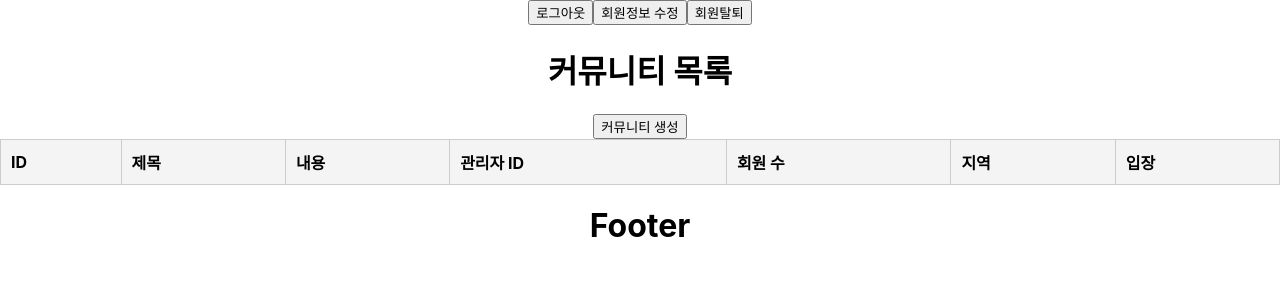
Repository: gimm5550/frontend2
Page: /mainlist
An editor plug-in stored every save of this project. The page is shown before and after the next save, followed by the edit.
The browser window is 1280 px wide. The pictures show the whole page.
The page's requests for data from a server got no answer. The project was rebuilt for these pictures with package versions that can differ from the ones it lists, and the page was loaded fresh each time. No one was signed in, and anything a server would have sent is missing. Also part of the build but not shown: src/url.js, src/components/common/KakaoLoginButton.js, src/components/FromServer.js, src/components/UserDetail.js, src/components/layout/LandingPageLayout.js, src/components/layout/UserDetailLayout.js, src/components/LoginForm.js, src/components/layout/LoginFormLayout.js and 12 more.

Above is the page before, as saved 2024-11-15 20:59:23.

### public/index.html
<!DOCTYPE html>
<html lang="en">
  <head>
    <meta charset="utf-8" />
    <link rel="icon" href="%PUBLIC_URL%/favicon.ico" />
    <meta name="viewport" content="width=device-width, initial-scale=1" />
    <meta name="theme-color" content="#000000" />
    <meta
      name="description"
      content="Web site created using create-react-app"
    />
    <link rel="apple-touch-icon" href="%PUBLIC_URL%/logo192.png" />
    <!--
      manifest.json provides metadata used when your web app is installed on a
      user's mobile device or desktop. See https://developers.google.com/web/fundamentals/web-app-manifest/
    -->
    <link rel="manifest" href="%PUBLIC_URL%/manifest.json" />
    <!--
      Notice the use of %PUBLIC_URL% in the tags above.
      It will be replaced with the URL of the `public` folder during the build.
      Only files inside the `public` folder can be referenced from the HTML.

      Unlike "/favicon.ico" or "favicon.ico", "%PUBLIC_URL%/favicon.ico" will
      work correctly both with client-side routing and a non-root public URL.
      Learn how to configure a non-root public URL by running `npm run build`.
    -->
    <title>React App</title>
    <script src="https://developers.kakao.com/sdk/js/kakao.min.js"></script> <!-- 카카오 SDK 추가 -->
  </head>
  <body>
    <noscript>You need to enable JavaScript to run this app.</noscript>
    <div id="root"></div>
    <!--
      This HTML file is a template.
      If you open it directly in the browser, you will see an empty page.

      You can add webfonts, meta tags, or analytics to this file.
      The build step will place the bundled scripts into the <body> tag.

      To begin the development, run `npm start` or `yarn start`.
      To create a production bundle, use `npm run build` or `yarn build`.
    -->
  </body>
</html>

### src/index.js
import React from 'react';
import ReactDOM from 'react-dom/client';
import './index.css';
import App from './App';
import reportWebVitals from './reportWebVitals';
import { BrowserRouter } from 'react-router-dom';
// 카카오 SDK 초기화
if (window.Kakao) {
  window.Kakao.init("629a046bf0fa611328bd69bc1571aa3a"); // 카카오 JavaScript 키로 SDK 초기화
  console.log("Kakao SDK initialized:", window.Kakao.isInitialized());
}
const root = ReactDOM.createRoot(document.getElementById('root'));
root.render(
  <React.StrictMode>
    <BrowserRouter>
      <App />
    </BrowserRouter>
  </React.StrictMode>
);

// If you want to start measuring performance in your app, pass a function
// to log results (for example: reportWebVitals(console.log))
// or send to an analytics endpoint. Learn more: https://bit.ly/CRA-vitals
reportWebVitals();

### src/App.js
import React from 'react';
import './App.css';
import FromServer from './components/FromServer';
import { Route, Routes } from 'react-router-dom';
import UserDetail from './components/UserDetail';
import LandingPageLayout from './components/layout/LandingPageLayout';
import UserDetailLayout from './components/layout/UserDetailLayout';
import routes from './routes';
import { AuthProvider } from './AuthContext'; // AuthProvider import

function App() {
  const getRoutes = (allRoutes) =>
    allRoutes.map((route) => {
      if (route.route) {
        return (
          <Route
            exact
            path={route.route}
            element={route.component}
            key={route.key}
          />
        );
      }
      return null;
    });

  return (
    <div className="App">
      <AuthProvider> {/* AuthProvider로 전체 애플리케이션 감싸기 */}
        <Routes>
          {getRoutes(routes)}
          <Route path='*' element={<LandingPageLayout />} />
        </Routes>
      </AuthProvider>
    </div>
  );
}

export default App;

### src/routes.js
import LoginFormLayout from "./components/layout/LoginFormLayout";
import UserDetailLayout from "./components/layout/UserDetailLayout";
import RegisterFormLayout from "./components/layout/RegisterFormLayout";
import MainListLayout from "./components/layout/MainListLayout"; // community_detail
import CommunityDetailLauout from "./components/layout/community_detailLayout";
import NewCommunityLayout from "./components/layout/NewCommunityLayout";
import CommunityViewLayout from "./components/layout/CommunityViewLayout"; // AdminClient
import AdminClientLayout from "./components/layout/AdminClientLayout";
import EditFormLayout from "./components/layout/EditFormLayout";
const routes = [
    {
        name:"UserDetail",
        key:"userDetail",
        route:"/user-detail/:userId",
        component:<UserDetailLayout></UserDetailLayout>
    },
    {
        name:"LoginForm",
        key:"loginForm",
        route:"/login",
        component:<LoginFormLayout></LoginFormLayout>
    },
    {
        name:"RegisterForm",
        key:"RegisterForm",
        route:"/register",
        component:<RegisterFormLayout></RegisterFormLayout>
    },
    {
        name:"MainList",
        key:"MainList",
        route:"/mainlist",
        component:<MainListLayout></MainListLayout>
    },
    {
        name:"community_detail",
        key:"community_detail",
        route:"/community_detail",
        component:<CommunityDetailLauout></CommunityDetailLauout>
    },
    {
        name:"new_community",
        key:"new_community",
        route:"/new_community",
        component:<NewCommunityLayout></NewCommunityLayout>
    },
    {
        name:"CommunityView",
        key:"CommunityView",
        route:"/CommunityView",
        component:<CommunityViewLayout></CommunityViewLayout>
    },
    {
        name: "CommunityView",
        key: "communityView",
        route: "/CommunityView/:id", // ID를 URL 매개변수로 받도록 수정
        component: <CommunityViewLayout></CommunityViewLayout>
    },
    {
        name: "AdminClient",
        key: "AdminClient",
        route: "/AdminClient/:id", // ID를 URL 매개변수로 받도록 수정
        component: <AdminClientLayout></AdminClientLayout>
    },
    {
        name: "community_detail",
        key: "community_detail",
        route: '/community_detail/:id', // ID를 URL 매개변수로 받도록 수정
        component: <CommunityDetailLauout></CommunityDetailLauout>
    },
    {
        name: "new_community",
        key: "new_community",
        route: '/new_community/:id', // ID를 URL 매개변수로 받도록 수정 `/CommunityView/${id}/${communityId}`
        component: <NewCommunityLayout></NewCommunityLayout>
    },
    {
        name: "new_community",
        key: "new_community",
        route: '/CommunityView/:id/:communityId',
        component: <CommunityViewLayout></CommunityViewLayout>
    },
    {
        name:"EditForm",
        key:"EditForm",
        route:"/edit_info",
        component:<EditFormLayout></EditFormLayout>
    },
]
export default routes;

### src/AuthContext.js
import React, { createContext, useContext, useState } from 'react';

const AuthContext = createContext();

export const AuthProvider = ({ children }) => {
    const [user, setUser] = useState(null); // 로그인한 사용자 정보를 저장할 상태

    const login = (userData) => {
        setUser(userData); // 로그인 시 사용자 정보 저장
    };

    const logout = () => {
        setUser(null); // 로그아웃 시 사용자 정보 초기화
    };

    return (
        <AuthContext.Provider value={{ user, login, logout }}>
            {children}
        </AuthContext.Provider>
    );
};

// 사용자 정보를 가져오는 커스텀 훅
export const useAuth = () => {
    return useContext(AuthContext);
};

### src/components/layout/CommonLayout.js
import Footer from "../common/Footer";
import Header from "../common/Header";
export default function CommonLayout({children}){
    return <div>
            <Header></Header>
            {children}
            <Footer></Footer>
        </div>

}

### src/components/layout/MainListLayout.js
import MainList from "../MainList";
import CommonLayout from "./CommonLayout";
export default function MainListLayout(){
    return<div>
            <CommonLayout>
                <MainList></MainList>
            </CommonLayout>
        </div>

}

### src/components/common/Footer.js
export default function Footer(){
    return<div>
            <h1>Footer</h1>
        </div>
}

### src/components/common/Header.js
import { useNavigate } from 'react-router-dom';
import React, { useEffect, useState } from "react";
import api from '../../api';
export default function Header() {
    const [user, setUser] = useState(null); // 사용자 정보 상태
    const navigate = useNavigate();
    const handleLogout = () => {
        console.log('로그아웃 처리');
        localStorage.removeItem('user'); // 로컬 스토리지에서 사용자 정보 삭제
        navigate('/login');
    };
    useEffect(() => {
        const userData = JSON.parse(localStorage.getItem('user')); // 로컬 스토리지에서 사용자 정보 가져오기
        setUser(userData);
    }, []);

    const handleEditProfile = () => {
        console.log('회원정보 수정 페이지로 이동');
        navigate('/edit_info');
        // 회원정보 수정 로직 추가
        //api.edit_info(user.id);
    };

    const handleDelete = () => {
        if (window.confirm('정말로 회원탈퇴를 하시겠습니까?')) {
            console.log('회원탈퇴 진행 중...');

            api.deleteUser(user.id) // user의 id만 전달
                .then(response => {
                    console.log('회원탈퇴 성공:', response.data);
                    alert('회원탈퇴가 완료되었습니다.');
                    localStorage.removeItem('user'); // 로컬 스토리지에서 사용자 정보 삭제
                    navigate('/login'); // 로그인 페이지로 이동
                })
                .catch(error => {
                    console.error('회원탈퇴 실패:', error);
                    alert('회원탈퇴 처리 중 오류가 발생했습니다.');
                });
        }
    };


    return (
        <div>
            {user && <p>현재 로그인된 아이디: {user.id}</p>}
            <div>
                <button onClick={handleLogout}>로그아웃</button>
                <button onClick={handleEditProfile}>회원정보 수정</button>
                <button onClick={handleDelete}>회원탈퇴</button>
            </div>
        </div>
    );
}

### src/components/MainList.js
import React, { useEffect, useState } from "react";
import api from '../api'; // api 모듈 import
import { useNavigate } from "react-router-dom";
import '../MainList.css'; // CSS 파일을 불러옵니다.
import Header from './common/Header'; // 수정된 경로

export default function MainList() {
    const [communities, setCommunities] = useState([]);
    const [user, setUser] = useState(null); // 사용자 정보 상태
    const [isPopupOpen, setIsPopupOpen] = useState(false); // 팝업 상태
    const [newCommunity, setNewCommunity] = useState({
        title: '',
        content: '',
        region: ''
    });
    const navigate = useNavigate();

    const fetchCommunities = () => {
        api.list() // 커뮤니티 목록을 가져오는 API 호출
            .then(response => {
                setCommunities(response.data); // 데이터를 상태에 저장
            })
            .catch(err => {
                console.log(JSON.stringify(err));
            });
    };

    useEffect(() => {
        const userData = JSON.parse(localStorage.getItem('user')); // 로컬 스토리지에서 사용자 정보 가져오기
        setUser(userData);
        fetchCommunities(); // 컴포넌트가 마운트될 때 커뮤니티 목록을 가져옵니다.
    }, []);

    const handleLogout = () => {
        console.log('로그아웃 처리');
        localStorage.removeItem('user'); // 로컬 스토리지에서 사용자 정보 삭제
        navigate('/login');
    };

    const handleEditProfile = () => {
        console.log('회원정보 수정 페이지로 이동');
        // 회원정보 수정 로직 추가
    };

    const handleJoinCommunity = async (communityid) => {
        try {
            const response = await api.get_pending_clients2(user.id); // user.id를 보내야함. 해당 사용자의 아이디가 포함되어있는지 확인해야하기 때문..
            navigate(`/community_detail/${communityid}`);
            return; // 여기서 return을 해야 함.
        } catch (err) {
            // 오류 처리
        }
        try {
            // 승인 요청 API 호출
            const response = await api.request_join_community(user.id, communityid); // user.id와 community ID를 보내는 API 호출
            console.log("response:", response);
            alert("승인 요청이 완료되었습니다.");
        } catch (err) {
            alert("승인 요청 중 오류가 발생했습니다.");
        }
    };

    const handleInputChange = (e) => {
        const { name, value } = e.target;
        setNewCommunity(prevState => ({
            ...prevState,
            [name]: value
        }));
    };

    const handleCreateSubmit = async () => {
        try {
            await api.newing(user.id, newCommunity.title, newCommunity.content, newCommunity.region);
            alert("커뮤니티가 생성되었습니다.");
            setIsPopupOpen(false); // 팝업창 닫기
            fetchCommunities(); // 커뮤니티 목록 새로고침
        } catch (err) {
            console.error("커뮤니티 생성 중 오류 발생:", err);
            alert("커뮤니티 생성 중 오류가 발생했습니다.");
        }
    };

    return (
        <div>
            <h1>커뮤니티 목록</h1>
            <button onClick={() => setIsPopupOpen(true)}>커뮤니티 생성</button> {/* 커뮤니티 생성 버튼 */}
            <table>
                <thead>
                    <tr>
                        <th>ID</th>
                        <th>제목</th>
                        <th>내용</th>
                        <th>관리자 ID</th>
                        <th>회원 수</th>
                        <th>지역</th>
                        <th>입장</th>
                    </tr>
                </thead>
                <tbody>
                    {communities.map(community => (
                        <tr key={community.id}>
                            <td>{community.id}</td>
                            <td>{community.title}</td>
                            <td>{community.content}</td>
                            <td>{community.admin_id}</td>
                            <td>{community.member_count}</td>
                            <td>{community.region}</td>
                            <td>
                                <button onClick={() => handleJoinCommunity(community.id)}>입장</button>
                            </td>
                        </tr>
                    ))}
                </tbody>
            </table>

            {/* 팝업창 */}
            {isPopupOpen && (
                <div className="popup-overlay">
                    <div className="popup">
                        <h2>커뮤니티 생성</h2>
                        <label>
                            제목:
                            <input
                                type="text"
                                name="title"
                                value={newCommunity.title}
                                onChange={handleInputChange}
                            />
                        </label>
                        <label>
                            내용:
                            <input
                                type="text"
                                name="content"
                                value={newCommunity.content}
                                onChange={handleInputChange}
                            />
                        </label>
                        <label>
                            지역:
                            <input
                                type="text"
                                name="region"
                                value={newCommunity.region}
                                onChange={handleInputChange}
                            />
                        </label>
                        <button onClick={handleCreateSubmit}>생성</button>
                        <button onClick={() => setIsPopupOpen(false)}>취소</button>
                    </div>
                </div>
            )}
        </div>
    );
}

### src/MainList.css
table {
    width: 100%;
    border-collapse: collapse; /* 경계선 겹치지 않도록 설정 */
}

th, td {
    border: 1px solid #ccc; /* 테두리 색상 */
    padding: 10px; /* 여백 */
    text-align: left; /* 왼쪽 정렬 */
}

th {
    background-color: #f4f4f4; /* 헤더 배경색 */
}

tr:hover {
    background-color: #f1f1f1; /* 마우스 오버 시 배경색 */
}
.popup-overlay {
    position: fixed;
    top: 0;
    left: 0;
    right: 0;
    bottom: 0;
    background: rgba(0, 0, 0, 0.5); /* 반투명 배경 */
    display: flex;
    justify-content: center;
    align-items: center;
    z-index: 1000; /* 다른 요소들 위에 위치하게 */
}

.popup {
    background: white;
    padding: 20px;
    border-radius: 5px;
    box-shadow: 0 2px 10px rgba(0, 0, 0, 0.1);
}

label {
    display: block;
    margin-bottom: 10px;
}

input {
    width: 100%;
    padding: 8px;
    margin-top: 5px;
    box-sizing: border-box; /* padding 포함해서 사이즈 조정 */
}
/* MainList.css */

/* 전체 컨테이너 스타일 */
.community-view {
    max-width: 800px; /* 최대 너비 */
    margin: 20px auto; /* 중앙 정렬 */
    padding: 20px; /* 안쪽 여백 */
    border: 1px solid #e0e0e0; /* 테두리 */
    border-radius: 8px; /* 모서리 둥글게 */
    background-color: #ffffff; /* 배경색 */
    box-shadow: 0 2px 10px rgba(0, 0, 0, 0.1); /* 그림자 */
}

/* 제목 스타일 */
.community-view h1 {
    font-size: 2rem; /* 큰 제목 크기 */
    color: #333; /* 제목 색상 */
    margin-bottom: 15px; /* 아래 여백 */
}

/* 부제목 스타일 */
.community-view h2 {
    font-size: 1.5rem; /* 부제목 크기 */
    color: #555; /* 부제목 색상 */
    margin: 10px 0; /* 위아래 여백 */
}

/* 본문 스타일 */
.community-view p {
    font-size: 1rem; /* 본문 크기 */
    color: #666; /* 본문 색상 */
    line-height: 1.5; /* 줄 간격 */
    margin-bottom: 20px; /* 아래 여백 */
}

/* 댓글 목록 스타일 */
.community-view ul {
    list-style-type: none; /* 기본 목록 스타일 제거 */
    padding: 0; /* 기본 여백 제거 */
}

.community-view li {
    background-color: #f9f9f9; /* 댓글 배경 색상 */
    border: 1px solid #e0e0e0; /* 댓글 테두리 */
    border-radius: 5px; /* 댓글 모서리 둥글게 */
    padding: 10px; /* 댓글 안쪽 여백 */
    margin-bottom: 10px; /* 댓글 사이 여백 */
}

/* 댓글 작성 입력창 스타일 */
.community-view input[type="text"] {
    width: 100%; /* 너비 100% */
    padding: 10px; /* 안쪽 여백 */
    border: 1px solid #ccc; /* 테두리 */
    border-radius: 5px; /* 모서리 둥글게 */
    margin-bottom: 10px; /* 아래 여백 */
}

/* 댓글 추가 버튼 스타일 */
.community-view button {
    padding: 10px 15px; /* 안쪽 여백 */
    background-color: #4CAF50; /* 버튼 배경 색상 */
    color: white; /* 글자 색상 */
    border: none; /* 테두리 없음 */
    border-radius: 5px; /* 모서리 둥글게 */
    cursor: pointer; /* 마우스 커서 */
    transition: background-color 0.3s; /* 배경 색상 변화 효과 */
}

.community-view button:hover {
    background-color: #45a049; /* 호버 시 색상 변화 */
}

/* 오류 메시지 스타일 */
.error-message {
    color: red; /* 오류 메시지 색상 */
    font-weight: bold; /* 굵게 */
    margin-bottom: 15px; /* 아래 여백 */
}

/* MainList.css */

/* 전체 컨테이너 스타일 */
.admin-client-container {
    display: flex;
    justify-content: space-between;
    padding: 20px;
}

/* 각 목록 박스 스타일 */
.client-box {
    flex: 1;
    margin: 0 10px; /* 좌우 여백 */
    border: 1px solid #ccc;
    border-radius: 8px;
    padding: 15px;
    background-color: #f9f9f9; /* 연한 배경색 */
    box-shadow: 0 2px 4px rgba(0, 0, 0, 0.1); /* 그림자 효과 */
}

/* 제목 스타일 */
.client-box h2 {
    text-align: center;
    color: #333; /* 제목 색상 */
}

/* 목록 아이템 스타일 */
.client-item {
    display: flex;
    justify-content: space-between;
    align-items: center;
    padding: 8px 0; /* 위아래 여백 */
    border-bottom: 1px solid #eee; /* 구분선 */
}

/* 마지막 아이템 구분선 제거 */
.client-item:last-child {
    border-bottom: none;
}

/* 버튼 스타일 */
.client-item button {
    background-color: #007bff; /* 버튼 색상 */
    color: white;
    border: none;
    border-radius: 5px;
    padding: 5px 10px;
    cursor: pointer;
    transition: background-color 0.3s; /* 색상 변화 효과 */
}

.client-item button:hover {
    background-color: #0056b3; /* 호버 시 색상 변화 */
}

/* 오류 메시지 스타일 */
.error-message {
    color: red; /* 오류 메시지 색상 */
    text-align: center; /* 가운데 정렬 */
    margin-bottom: 10px; /* 아래쪽 여백 */
}

Loaded but not shown: src/index.css (common file); src/reportWebVitals.js (common file); src/App.css (common file); src/api.js (202 lines, source omitted)

After the next save:
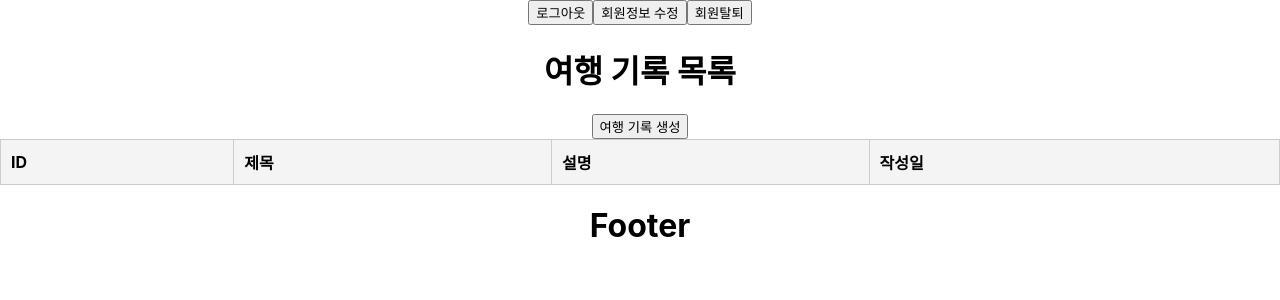
Saved 19 h 41 min later.
--- a/src/components/MainList.js
+++ b/src/components/MainList.js
@@ -1,68 +1,36 @@
 import React, { useEffect, useState } from "react";
-import api from '../api'; // api 모듈 import
+import api from '../api'; // API 모듈 import
 import { useNavigate } from "react-router-dom";
-import '../MainList.css'; // CSS 파일을 불러옵니다.
-import Header from './common/Header'; // 수정된 경로
+import '../MainList.css'; // CSS 파일 import
 
 export default function MainList() {
-    const [communities, setCommunities] = useState([]);
-    const [user, setUser] = useState(null); // 사용자 정보 상태
+    const [travelRecords, setTravelRecords] = useState([]); // 여행 기록 상태
     const [isPopupOpen, setIsPopupOpen] = useState(false); // 팝업 상태
-    const [newCommunity, setNewCommunity] = useState({
+    const [newRecord, setNewRecord] = useState({
         title: '',
-        content: '',
-        region: ''
-    });
+        description: ''
+    }); // 새로운 여행 기록 상태
     const navigate = useNavigate();
 
-    const fetchCommunities = () => {
-        api.list() // 커뮤니티 목록을 가져오는 API 호출
+    // 여행 기록 가져오기
+    const fetchTravelRecords = () => {
+        api.list() // 여행 기록 목록을 가져오는 API 호출
             .then(response => {
-                setCommunities(response.data); // 데이터를 상태에 저장
+                const { data } = response.data; // 서버에서 반환된 데이터 구조를 맞춤
+                setTravelRecords(data); // 데이터를 상태에 저장
             })
             .catch(err => {
-                console.log(JSON.stringify(err));
+                console.error("여행 기록을 가져오는 중 오류 발생:", err);
             });
     };
 
     useEffect(() => {
-        const userData = JSON.parse(localStorage.getItem('user')); // 로컬 스토리지에서 사용자 정보 가져오기
-        setUser(userData);
-        fetchCommunities(); // 컴포넌트가 마운트될 때 커뮤니티 목록을 가져옵니다.
+        fetchTravelRecords(); // 컴포넌트가 마운트될 때 여행 기록 목록 가져오기
     }, []);
-
-    const handleLogout = () => {
-        console.log('로그아웃 처리');
-        localStorage.removeItem('user'); // 로컬 스토리지에서 사용자 정보 삭제
-        navigate('/login');
-    };
-
-    const handleEditProfile = () => {
-        console.log('회원정보 수정 페이지로 이동');
-        // 회원정보 수정 로직 추가
-    };
-
-    const handleJoinCommunity = async (communityid) => {
-        try {
-            const response = await api.get_pending_clients2(user.id); // user.id를 보내야함. 해당 사용자의 아이디가 포함되어있는지 확인해야하기 때문..
-            navigate(`/community_detail/${communityid}`);
-            return; // 여기서 return을 해야 함.
-        } catch (err) {
-            // 오류 처리
-        }
-        try {
-            // 승인 요청 API 호출
-            const response = await api.request_join_community(user.id, communityid); // user.id와 community ID를 보내는 API 호출
-            console.log("response:", response);
-            alert("승인 요청이 완료되었습니다.");
-        } catch (err) {
-            alert("승인 요청 중 오류가 발생했습니다.");
-        }
-    };
 
     const handleInputChange = (e) => {
         const { name, value } = e.target;
-        setNewCommunity(prevState => ({
+        setNewRecord(prevState => ({
             ...prevState,
             [name]: value
         }));
@@ -70,44 +38,37 @@ export default function MainList() {
 
     const handleCreateSubmit = async () => {
         try {
-            await api.newing(user.id, newCommunity.title, newCommunity.content, newCommunity.region);
-            alert("커뮤니티가 생성되었습니다.");
-            setIsPopupOpen(false); // 팝업창 닫기
-            fetchCommunities(); // 커뮤니티 목록 새로고침
+            // 새로운 여행 기록 생성 API 호출
+            await api.createTravelRecord(newRecord.title, newRecord.description);
+            alert("여행 기록이 생성되었습니다.");
+            setIsPopupOpen(false); // 팝업 닫기
+            fetchTravelRecords(); // 여행 기록 목록 새로고침
         } catch (err) {
-            console.error("커뮤니티 생성 중 오류 발생:", err);
-            alert("커뮤니티 생성 중 오류가 발생했습니다.");
+            console.error("여행 기록 생성 중 오류 발생:", err);
+            alert("여행 기록 생성 중 오류가 발생했습니다.");
         }
     };
 
     return (
         <div>
-            <h1>커뮤니티 목록</h1>
-            <button onClick={() => setIsPopupOpen(true)}>커뮤니티 생성</button> {/* 커뮤니티 생성 버튼 */}
+            <h1>여행 기록 목록</h1>
+            <button onClick={() => setIsPopupOpen(true)}>여행 기록 생성</button> {/* 여행 기록 생성 버튼 */}
             <table>
                 <thead>
                     <tr>
                         <th>ID</th>
                         <th>제목</th>
-                        <th>내용</th>
-                        <th>관리자 ID</th>
-                        <th>회원 수</th>
-                        <th>지역</th>
-                        <th>입장</th>
+                        <th>설명</th>
+                        <th>작성일</th>
                     </tr>
                 </thead>
                 <tbody>
-                    {communities.map(community => (
-                        <tr key={community.id}>
-                            <td>{community.id}</td>
-                            <td>{community.title}</td>
-                            <td>{community.content}</td>
-                            <td>{community.admin_id}</td>
-                            <td>{community.member_count}</td>
-                            <td>{community.region}</td>
-                            <td>
-                                <button onClick={() => handleJoinCommunity(community.id)}>입장</button>
-                            </td>
+                    {travelRecords.map(record => (
+                        <tr key={record.id}>
+                            <td>{record.id}</td>
+                            <td>{record.title}</td>
+                            <td>{record.description}</td>
+                            <td>{new Date(record.createdDate).toLocaleString()}</td>
                         </tr>
                     ))}
                 </tbody>
@@ -117,31 +78,21 @@ export default function MainList() {
             {isPopupOpen && (
                 <div className="popup-overlay">
                     <div className="popup">
-                        <h2>커뮤니티 생성</h2>
+                        <h2>여행 기록 생성</h2>
                         <label>
                             제목:
                             <input
                                 type="text"
                                 name="title"
-                                value={newCommunity.title}
+                                value={newRecord.title}
                                 onChange={handleInputChange}
                             />
                         </label>
                         <label>
-                            내용:
-                            <input
-                                type="text"
-                                name="content"
-                                value={newCommunity.content}
-                                onChange={handleInputChange}
-                            />
-                        </label>
-                        <label>
-                            지역:
-                            <input
-                                type="text"
-                                name="region"
-                                value={newCommunity.region}
+                            설명:
+                            <textarea
+                                name="description"
+                                value={newRecord.description}
                                 onChange={handleInputChange}
                             />
                         </label>
